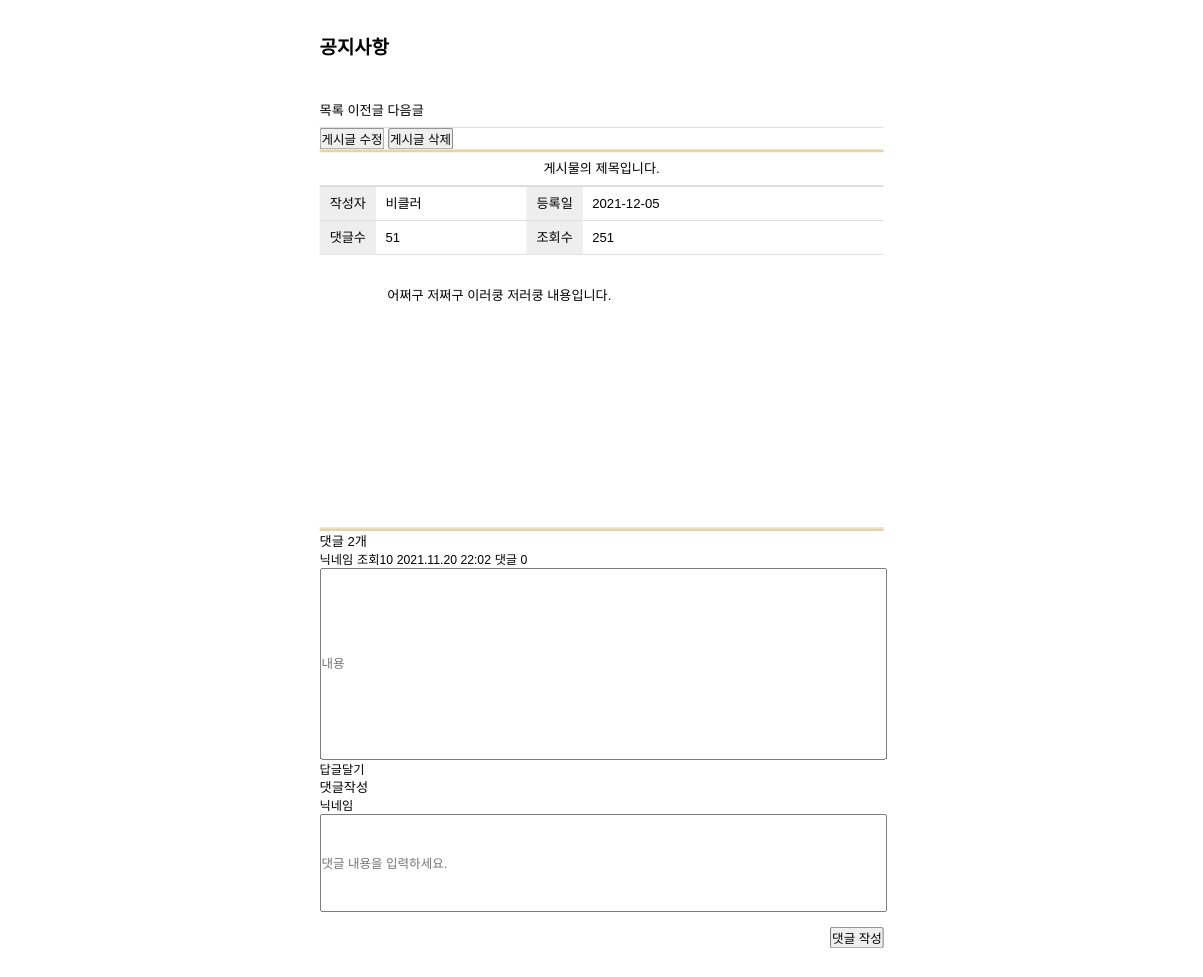
Repository: hyodii/FinalProject
Page: http://localhost/ViewPage/beenoticeNew.jsp
These files come from the project's save history. The page is drawn as it stood at one moment and after the next save; the edit follows.
The browser window is 1280 px wide. The pictures show the whole page, at 94% of full size.
The page is served by Tomcat 9.

Above is the page before, as saved 2021-12-08 13:46:10.

After the next save:
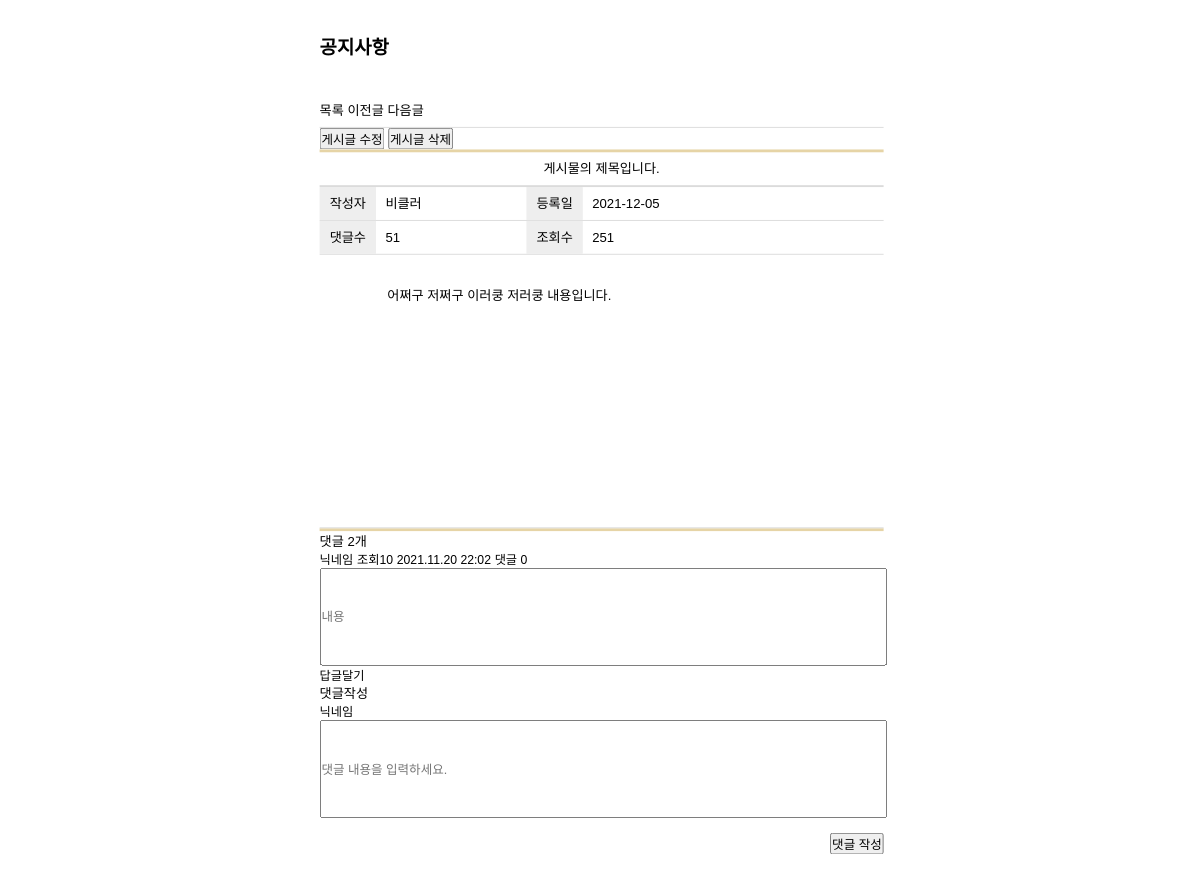
Saved 21 s later.
--- a/ViewPage/WebContent/beenoticeNew.jsp
+++ b/ViewPage/WebContent/beenoticeNew.jsp
@@ -206,7 +206,7 @@ body {font-family: 'Noto Sans KR', sans-serif; font-size: 14px;}
 			<font size="2">댓글 0</font>
 		</div>
 		<div style="display: inline-block;">
-		   <input type="text" style="width:600px; height:200px;" placeholder="내용">
+		   <input type="text" style="width:600px; height:100px;" placeholder="내용">
 		</div>
 		<div><font size="2"><a href="#">답글달기</a></font></div>
 	</div>
